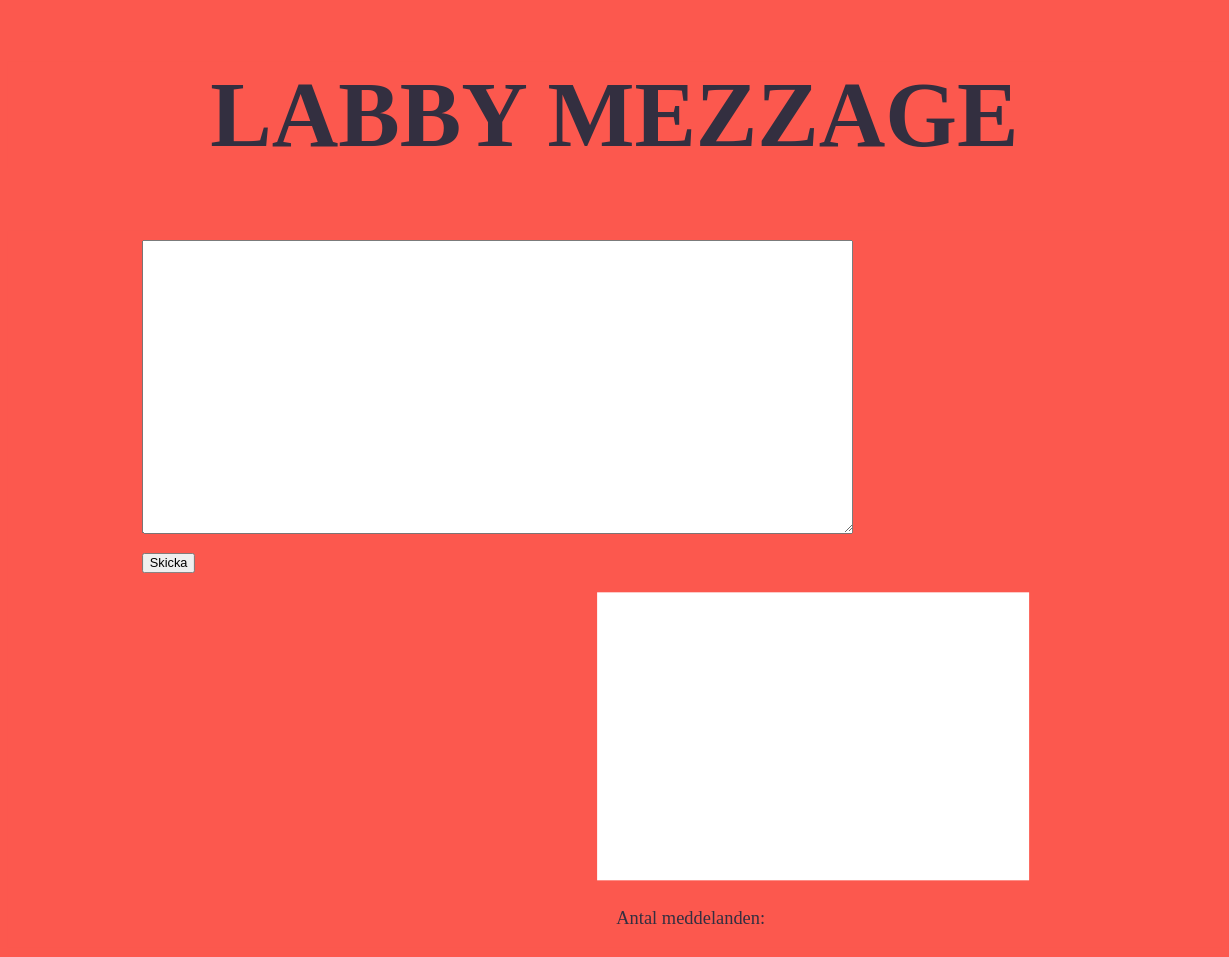
Repository: em222mt/1dv403-laborationer
Page: 2-labbymezzage/Index.html
The author's editor kept a record of every edit. The page is drawn from the files as they stood at one moment, then again after the next edit.
The browser window is 1280 px wide. The pictures show the whole page, at 96% of full size.

Above is the page before.

After the next edit:
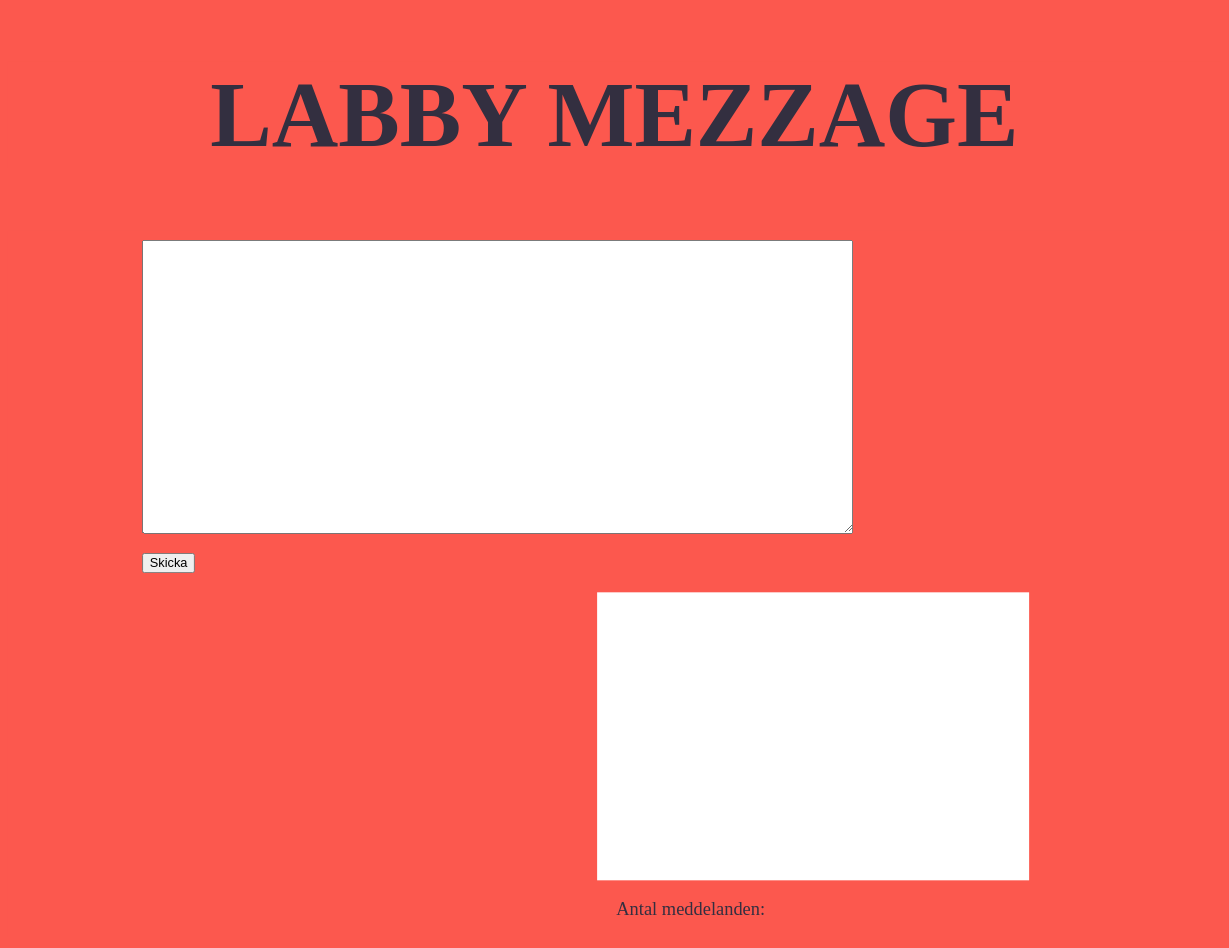
The edit:
--- a/2-labbymezzage/css/style.css
+++ b/2-labbymezzage/css/style.css
@@ -41,7 +41,7 @@
     background-color: white;
     width: 450px;
     height: 300px;
-    margin: 10px 200px 10px 50px;;
+    margin: 10px 200px 0px 50px;
 }
 #counttext{
     float: right;
